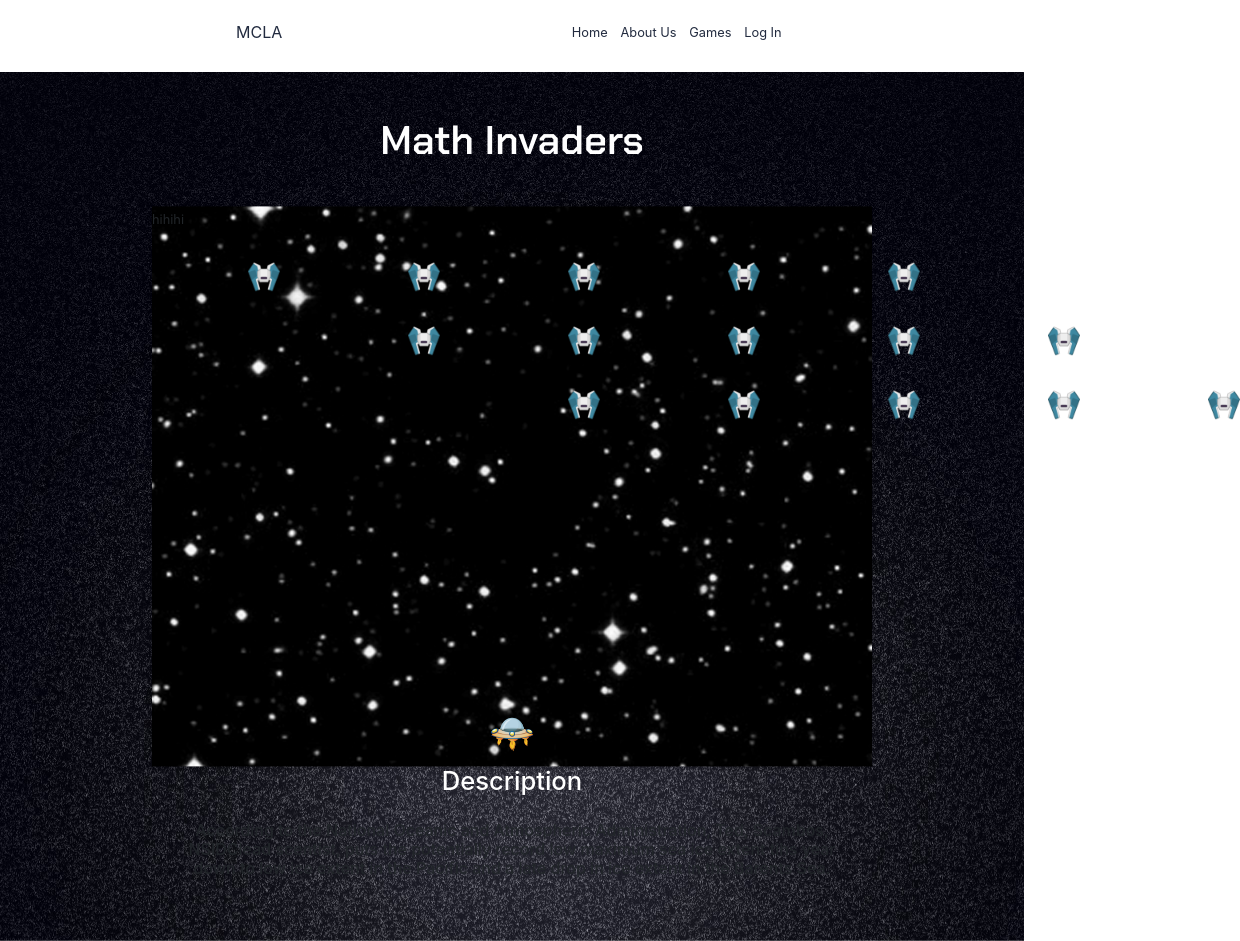
Repository: kkyler24/MathInvader
Page: index.html
An editor plug-in stored every save of this project. The page is shown before and after the next save, followed by the edit.
The browser window is 1280 px wide. The page is 1550 px wide, then 1280 px, so the pictures cover 1550 px, including what lies to the right of the window. The pictures show the whole page, at 80% of full size.
Some web libraries are served in a nearby version.

Above is the page before, as saved 2020-07-20 14:58:12.

After the next save:
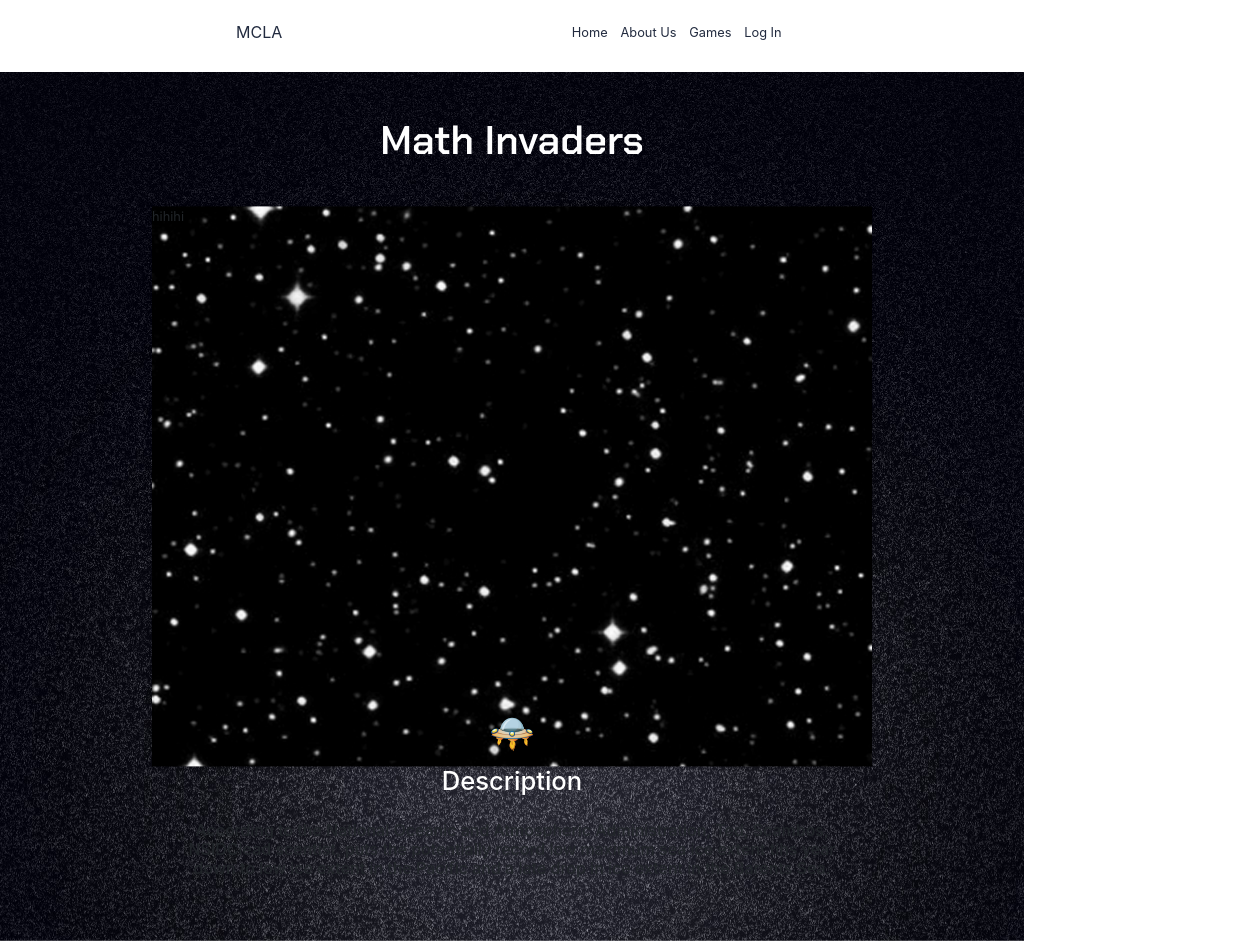
Saved 104 s later.
--- a/jsFolder/game.js
+++ b/jsFolder/game.js
@@ -200,40 +200,40 @@ function destroyLaser($container, laser) {
   laser.isDead = true;
 }
 
-// CREATE ENEMY
-function createEnemy($container, x, y) {
-  const $element = document.createElement("img");
-  $element.src = "/jsFolder/pictures/img/enemy-blue-1.png";
-  $element.className = "enemy";
-  $container.appendChild($element);
-  const enemy = {
-    x,
-    y,
-    cooldown: rand(0.5, ENEMY_COOLDOWN),
-    $element,
-  };
-  GAME_STATE.enemies.push(enemy);
-  setPosition($element, x, y);
-}
-
-function updateEnemies(dt, $container) {
-  const dx = Math.sin(GAME_STATE.lastTime / 1000.0) * 50;
-  const dy = Math.cos(GAME_STATE.lastTime / 1000.0) * 10;
-
-  const enemies = GAME_STATE.enemies;
-  for (let i = 0; i < enemies.length; i++) {
-    const enemy = enemies[i];
-    const x = enemy.x + dx;
-    const y = enemy.y + dy;
-    setPosition(enemy.$element, x, y);
-    enemy.cooldown -= dt;
-    if (enemy.cooldown <= 0) {
-      createEnemyLaser($container, x, y);
-      enemy.cooldown = ENEMY_COOLDOWN;
-    }
-  }
-  GAME_STATE.enemies = GAME_STATE.enemies.filter((e) => !e.isDead);
-}
+// // CREATE ENEMY
+// function createEnemy($container, x, y) {
+//   const $element = document.createElement("img");
+//   $element.src = "/jsFolder/pictures/img/enemy-blue-1.png";
+//   $element.className = "enemy";
+//   $container.appendChild($element);
+//   const enemy = {
+//     x,
+//     y,
+//     cooldown: rand(0.5, ENEMY_COOLDOWN),
+//     $element,
+//   };
+//   GAME_STATE.enemies.push(enemy);
+//   setPosition($element, x, y);
+// }
+
+// function updateEnemies(dt, $container) {
+//   const dx = Math.sin(GAME_STATE.lastTime / 1000.0) * 50;
+//   const dy = Math.cos(GAME_STATE.lastTime / 1000.0) * 10;
+
+//   const enemies = GAME_STATE.enemies;
+//   for (let i = 0; i < enemies.length; i++) {
+//     const enemy = enemies[i];
+//     const x = enemy.x + dx;
+//     const y = enemy.y + dy;
+//     setPosition(enemy.$element, x, y);
+//     enemy.cooldown -= dt;
+//     if (enemy.cooldown <= 0) {
+//       createEnemyLaser($container, x, y);
+//       enemy.cooldown = ENEMY_COOLDOWN;
+//     }
+//   }
+//   GAME_STATE.enemies = GAME_STATE.enemies.filter((e) => !e.isDead);
+// }
 
 // tokens
 // function createTokens($container, x, y) {
@@ -279,15 +279,15 @@ function init() {
   const $container = document.querySelector(".Game");
   createPlayer($container);
 
-  const enemySpacing =
-    (GAME_WIDTH - ENEMY_HORIZONTAL_PADDING * 2) / (ENEMIES_PER_ROW - 1);
-  for (let j = 0; j < 3; j++) {
-    const y = ENEMY_VERTICAL_PADDING + j * ENEMY_VERTICAL_SPACING;
-    for (let i = 0; i < ENEMIES_PER_ROW; i++) {
-      const x = i * enemySpacing + ENEMY_HORIZONTAL_PADDING;
-      createEnemy($container, x, y);
-    }
-  }
+  // const enemySpacing =
+  //   (GAME_WIDTH - ENEMY_HORIZONTAL_PADDING * 2) / (ENEMIES_PER_ROW - 1);
+  // for (let j = 0; j < 3; j++) {
+  //   const y = ENEMY_VERTICAL_PADDING + j * ENEMY_VERTICAL_SPACING;
+  //   for (let i = 0; i < ENEMIES_PER_ROW; i++) {
+  //     const x = i * enemySpacing + ENEMY_HORIZONTAL_PADDING;
+  //     createEnemy($container, x, y);
+  //   }
+  // }
 }
 
 function update(e) {
